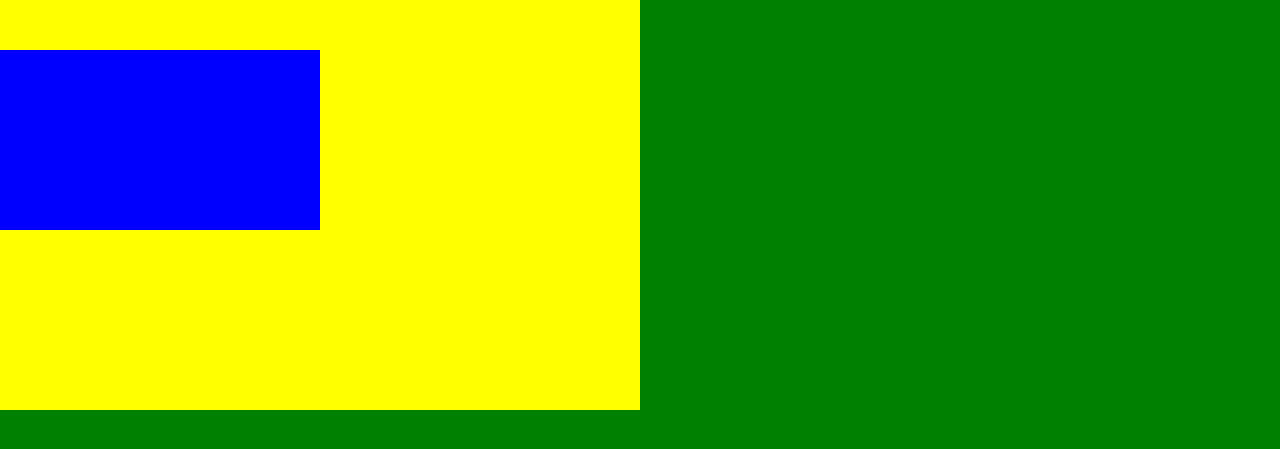
Repository: wonjunknag/kakao-clone
Page: 02-box-model/index.html
The author's editor kept a copy of each file at every save. The page is drawn from the files as they stood at one save, then again after the next save.
The browser window is 1280 px wide. The pictures show the whole page.

Above is the page before, as saved 2020-06-30 22:59:20.

After the next save:
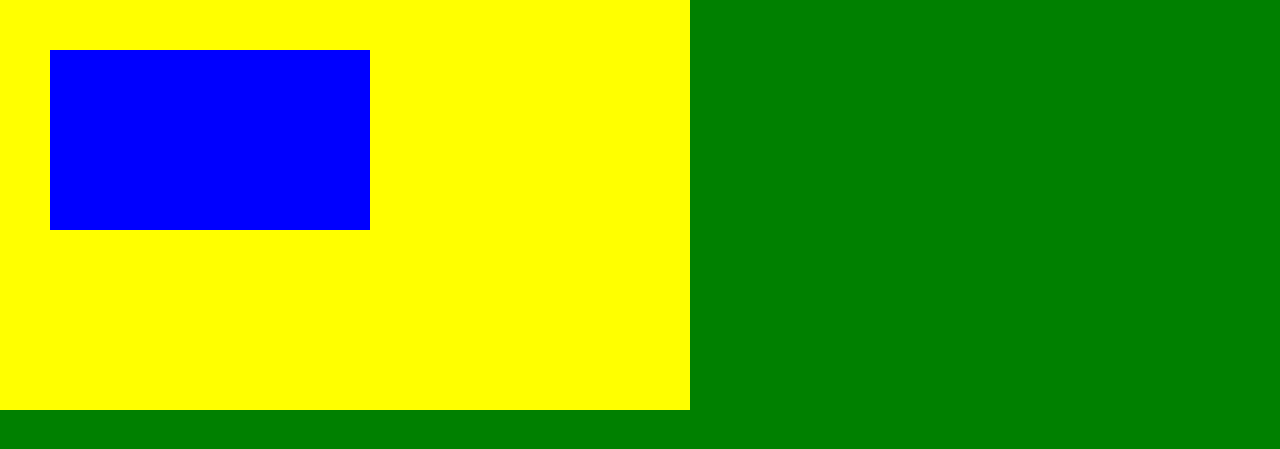
Saved 18 s later.
--- a/02-box-model/index.html
+++ b/02-box-model/index.html
@@ -18,6 +18,7 @@
         width: 50%;
         height: 50%;
         padding-top: 50px;
+        padding-left: 50px;
       }
       .inside-box {
         background-color: blue;
